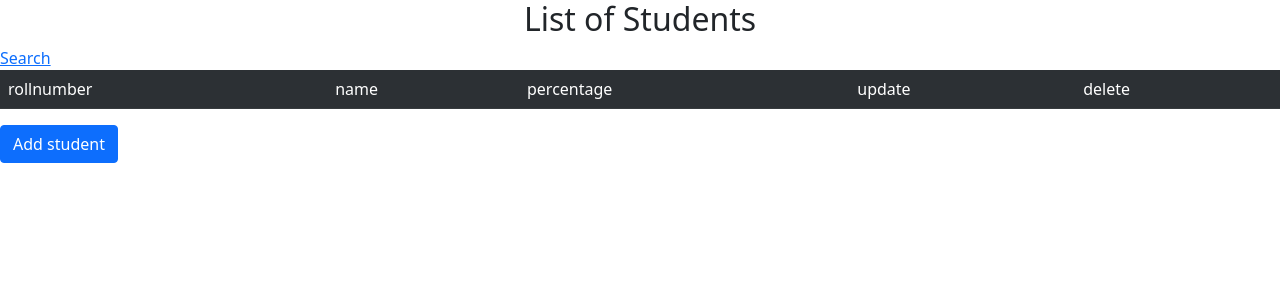
Repository: RMVLajaykumar/monojavaee
Page: http://localhost/12-student-mvc-db/Student
These files come from the project's save history. The page is drawn as it stood at one moment and after the next save; the edit follows.
The browser window is 1280 px wide. The pictures show the whole page.
The page is served by Tomcat 9. Other server files are loaded and not shown. Queries for data that is not in the repository find no rows.

Above is the page before, as saved 2024-07-18 06:47:34.

### 12-student-mvc-db/WebContent/view-student.jsp
<%@ page language="java" contentType="text/html; charset=ISO-8859-1"
    pageEncoding="ISO-8859-1"%>
<%@ taglib uri="http://java.sun.com/jsp/jstl/core" prefix="c"%>
<%@ taglib uri="http://java.sun.com/jsp/jstl/functions" prefix="fn"%>
<link href="https://cdn.jsdelivr.net/npm/bootstrap@5.0.2/dist/css/bootstrap.min.css" rel="stylesheet" integrity="sha384-EVSTQN3/azprG1Anm3QDgpJLIm9Nao0Yz1ztcQTwFspd3yD65VohhpuuCOmLASjC" crossorigin="anonymous">
<script src="https://cdn.jsdelivr.net/npm/bootstrap@5.0.2/dist/js/bootstrap.bundle.min.js" integrity="sha384-MrcW6ZMFYlzcLA8Nl+NtUVF0sA7MsXsP1UyJoMp4YLEuNSfAP+JcXn/tWtIaxVXM" crossorigin="anonymous"></script>

<!DOCTYPE html>
<html>
<head>
<meta charset="ISO-8859-1">
<title>Insert title here</title>
</head>
<body>
<h2 class="text-center">List of Students</h2>



<table class="table table-dark table-striped">
		<tr>
			<td>rollnumber</td>
			<td>name</td>
			<td>percentage</td>
			<td>update</td>
			<td>delete</td>

		</tr>
		<c:forEach var="student" items="${theStudentList}" >
			<tr>
				<td>${student.rollnumber}</td>
				<td>${student.name}</td>
				<td>${student.pecentage}</td>
				<td>
				<a href="Student?command=load&rollnumber=${student.rollnumber}" class="btn btn-secondary">Update</a>
				</td>
				<td>
				<a href="Student?command=delete&rollnumber=${student.rollnumber}" class="btn btn-warning">Delete</a>
				</td>


			</tr>
	 </c:forEach>
	   <a href="search-student.jsp" class="text-end" class="btn btn-warning" >Search</a>

	 </table>

          <a href="add-student.jsp" class="btn btn-primary">Add student</a>


</body>
</html>

### 12-student-mvc-db/src/com/monocept/controller/StudentController.java
package com.monocept.controller;

import java.io.IOException;
import java.util.List;

import javax.annotation.Resource;
import javax.servlet.RequestDispatcher;
import javax.servlet.ServletException;
import javax.servlet.annotation.WebServlet;
import javax.servlet.http.HttpServlet;
import javax.servlet.http.HttpServletRequest;
import javax.servlet.http.HttpServletResponse;
import javax.sql.DataSource;

import com.monocept.dao.StudentDbUtil;
import com.monocept.entry.Student;


@WebServlet("/Student")
public class StudentController extends HttpServlet {
	private static final long serialVersionUID = 1L;

	private StudentDbUtil studentDbUtil;

   @Resource (name="jdbc/studentdb")
   private DataSource dataSource;

   @Override
   public void init() throws ServletException{
	   super.init();
	   studentDbUtil=new StudentDbUtil(dataSource);

   }


	protected void doGet(HttpServletRequest request, HttpServletResponse response) throws ServletException, IOException {
		String  command;
		command=request.getParameter("command");

		if(command==null) {
			command="list";
		}

		System.out.println(command);

		switch(command) {
		case "add":
			addStudent(request,response);
			break;
		case "load":
			loadStudent(request,response);
			break;
		case "update":
			updateStudent(request,response);
			break;
		case "delete":
			deleteStudent(request,response);
			break;

		default :
			listStudent(request,response);

		}
	}
	private void updateStudent(HttpServletRequest request, HttpServletResponse response) throws IOException {

		int rollnumber=Integer.parseInt(request.getParameter("rollnumber"));
		String name=request.getParameter("name");
		int percentageParameter=Integer.parseInt(request.getParameter("pecentage"));

		Student student=new Student(rollnumber,name,percentageParameter);
		boolean isUpdate=studentDbUtil.updateStudent(student);
		if(isUpdate) {
			 response.sendRedirect(request.getContextPath() + "/Student");
		}
	}


	private void deleteStudent(HttpServletRequest request, HttpServletResponse response) throws IOException {

		int rollnumber=Integer.parseInt(request.getParameter("rollnumber"));
		boolean isDelete=studentDbUtil.deleteStudent(rollnumber);
		if(isDelete) {
			response.sendRedirect(request.getContextPath() + "/Student");
		}
	}


	private void loadStudent(HttpServletRequest request, HttpServletResponse response) throws ServletException, IOException {
    int rollnumber=Integer.parseInt(request.getParameter("rollnumber"));

    Student student=studentDbUtil.getStudent(rollnumber);
    request.setAttribute("theStudent", student);
	RequestDispatcher requestDispatcher = request.getRequestDispatcher("update-student.jsp");
	requestDispatcher.forward(request, response);
	}


	private void addStudent(HttpServletRequest request, HttpServletResponse response) throws ServletException, IOException {
		String name=request.getParameter("name");
		String percentageParameter=request.getParameter("pecentage");
		int pecentage=0;
		try {
		if(percentageParameter!=null && !percentageParameter.isEmpty()) {
			pecentage=Integer.parseInt(percentageParameter);

		}
		}
		catch(NumberFormatException e) {
			e.printStackTrace();
		}

		Student student = new Student(name,pecentage);
		System.out.println(student);

		boolean isAdded=studentDbUtil.addStudent(student);
		 System.out.println(isAdded);
		 if(isAdded) {
			 response.sendRedirect(request.getContextPath() + "/Student");
		 }
		 //listStudent(request,response);

	 }

	private void listStudent(HttpServletRequest request, HttpServletResponse response)  throws ServletException, IOException {
		List<Student> studentList = studentDbUtil.getStudent();
		System.out.println(studentList);
		request.setAttribute("theStudentList", studentList);
		RequestDispatcher requestDispatcher = request.getRequestDispatcher("view-student.jsp");
		requestDispatcher.forward(request, response);


	}


	protected void doPost(HttpServletRequest request, HttpServletResponse response) throws ServletException, IOException {

	}

}

After the next save:
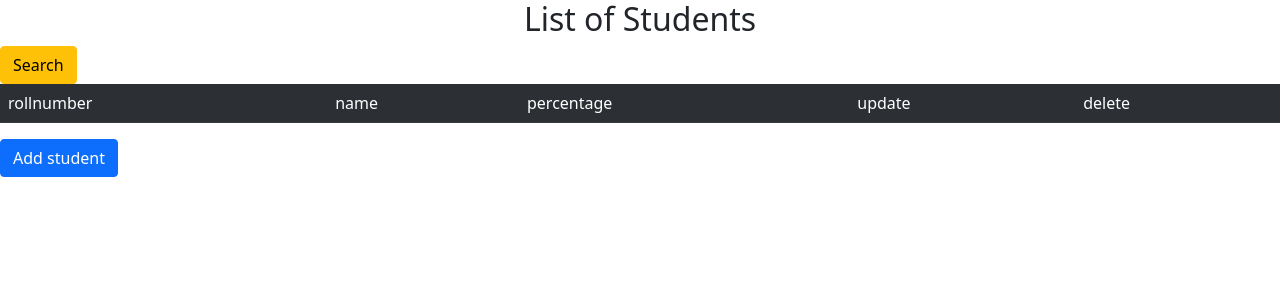
Saved 47 s later.
--- a/12-student-mvc-db/WebContent/view-student.jsp
+++ b/12-student-mvc-db/WebContent/view-student.jsp
@@ -40,7 +40,7 @@
 
 			</tr>
 	 </c:forEach>
-	   <a href="search-student.jsp" class="text-end" class="btn btn-warning" >Search</a>
+	   <a href="search-student.jsp" class="btn btn-warning" >Search</a>
 
 	 </table>
 
